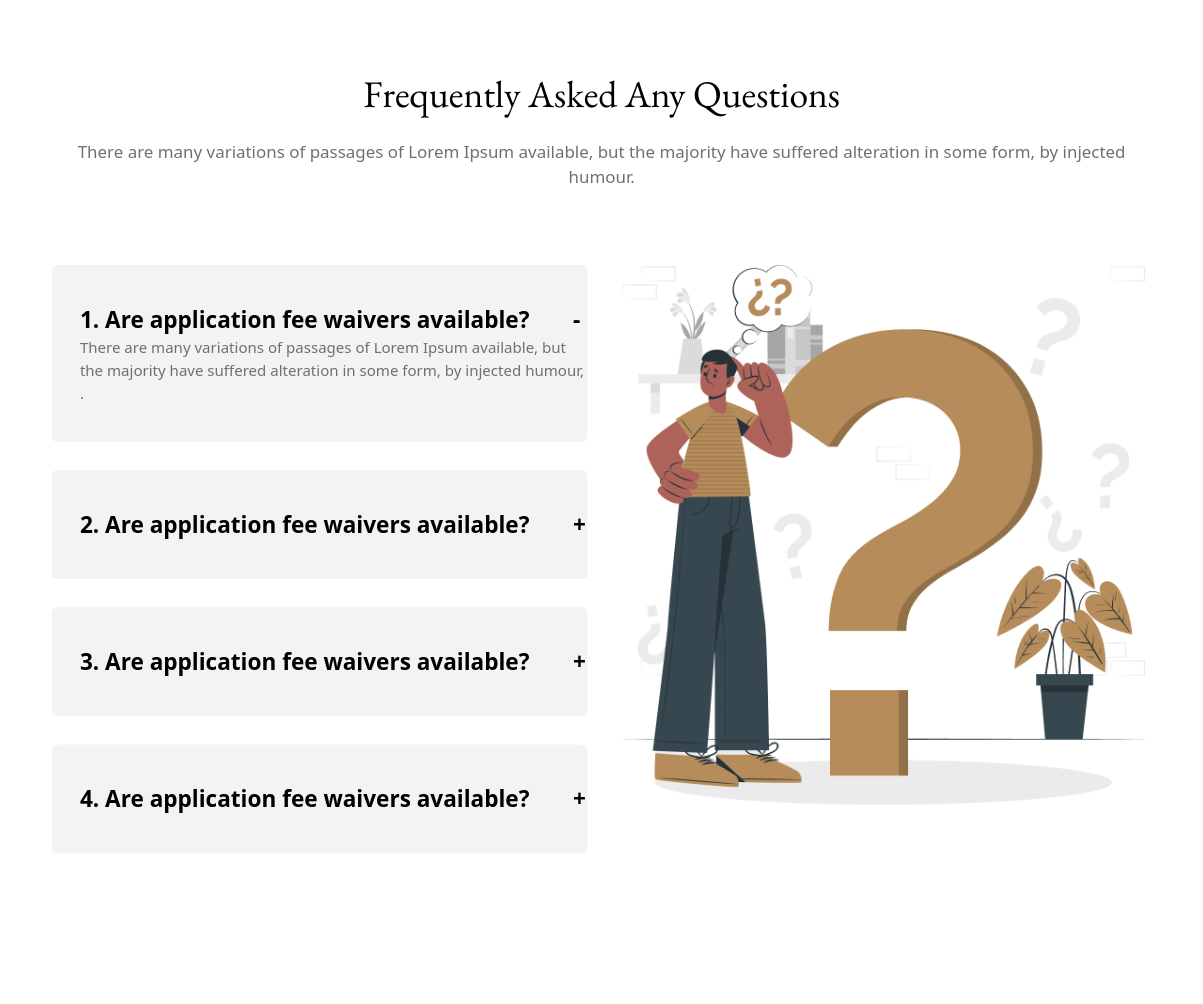
Repository: nahid-hasann/website-6
Page: index.html
The author's editor kept a copy of each file at every save. The page is drawn from the files as they stood at one save, then again after a run of saves.
The browser window is 1280 px wide. The pictures show the whole page, at 94% of full size.

Above is the page before, as saved 2025-07-21 15:51:22.

### index.html
<!DOCTYPE html>
<html lang="en">
<head>
    <meta charset="UTF-8">
    <meta name="viewport" content="width=device-width, initial-scale=1.0">
    <script src="https://cdn.jsdelivr.net/npm/@tailwindcss/browser@4"></script>
    <title>Document</title>
    <link rel="stylesheet" href="style.css">
    <link rel="stylesheet" href="https://cdnjs.cloudflare.com/ajax/libs/font-awesome/6.7.2/css/all.min.css" integrity="sha512-Evv84Mr4kqVGRNSgIGL/F/aIDqQb7xQ2vcrdIwxfjThSH8CSR7PBEakCr51Ck+w+/U6swU2Im1vVX0SVk9ABhg==" crossorigin="anonymous" referrerpolicy="no-referrer" />
</head>
<body>

<header class="hidden">

<div class="flex mx-auto w-[1170px]  justify-between items-center my-[30px] ">
    <div>
        <img src="images/logo2.png" alt="">
    </div>
    <div>
        <ul class="flex gap-[20px] text-[#707070]">
            <li><a href="">Home</a></li>
            <li><a href="">Service<i class="fa-solid fa-angle-right ml-[10px]"></i></a></li>
            <li><a href="">Cases<i class="fa-solid fa-angle-right ml-[10px]"></i></a></li>
            <li><a href="">Blog<i class="fa-solid fa-angle-right ml-[10px]"></i></a></li>
            <li><a href="">Contact us<i class="fa-solid fa-angle-right ml-[10px]"></i></a></li>
        </ul>
    </div>
    <div>
        <button class="bg-[#b68c59] py-[12px] px-[22px] text-white rounded-md" >Free Consultation</button>
    </div>
</div>


<div class="banner-img w-[1170px] h-[550px] mx-auto  flex flex-col items-center justify-center mt-[60px] mb-[130px]">
      <div class="banner-content w-[692px]">
         <h1 class="text-[72px] text-center text-white leading-none">We Provide Effective  Legal Solutions</h1>
       <p class="my-[30px] text-center  text-[#E7E7E7]">There are many variations of passages of Lorem Ipsum available, but the majority have suffered alteration in some form, by injected humour.</p>
       <div class="flex justify-center gap-[40px]">
        <input class="bg-white py-[12px] px-[30px] pr-[70px] w-[500px] rounded-md" type="text" name="" placeholder="Search your services" id="">
        <button class="bg-[#b68c59] py-[12px] px-[22px] text-white rounded-md" >Search</button>
       </div>
      </div>
</div>


</header>


<main>
    <section class="card-section xl:w-[1170px] mx-auto lg:mb-[130px] hidden">
        <div class="card-content">
            <h1 class="eb-garamond-ok text-[40px] text-center ">The Legal Practice Area</h1>
            <p class="text-center text-[#707070] my-[20px]">There are many variations of passages of Lorem Ipsum available, but the majority have <br> suffered alteration in some form, by injected humour.</p>
        </div>

        <div class="card-div mt-[100px] grid grid-cols-3">
            <div class="card py-[70px]  border-r border-[#E7E7E7]  border-b  flex flex-col items-center justify-center text-center">
                  <img src="images/business.png" alt="">
                  <h1 class="text-[32px] my-[15px]">Business Law</h1>
                  <p class="text-[#707070] w-[258px] mb-[15px]">There are many variations of passages of Lorem Ipsum available, but the majority have suffered alteration in some form, by injected humour.</p>
                  <img src="images/Frame.png" alt="">
            </div>

             <div class="card bg-[linear-gradient(to_bottom,_#f3f3f3,_#ffffff)]   py-[70px] border-[#E7E7E7] border-r border-b flex flex-col items-center justify-center text-center">
                  <img src="images/criminal.png" alt="">
                  <h1 class="text-[32px] my-[15px]">Criminal Law</h1>
                  <p class="text-[#707070] w-[258px] mb-[15px]">There are many variations of passages of Lorem Ipsum available, but the majority have suffered alteration in some form, by injected humour.</p>
                  <img src="images/Frame.png" alt="">
            </div>

             <div class="card  py-[70px] border-[#E7E7E7] border-b flex flex-col items-center justify-center text-center">
                  <img src="images/child.png" alt="">
                  <h1 class="text-[32px] my-[15px]">Child Support</h1>
                  <p class="text-[#707070] w-[258px] mb-[15px]">There are many variations of passages of Lorem Ipsum available, but the majority have suffered alteration in some form, by injected humour.</p>
                  <img src="images/Frame.png" alt="">
            </div>

             <div class="card border-r border-[#E7E7E7]  py-[70px] flex flex-col items-center justify-center text-center">
                  <img src="images/education.png" alt="">
                  <h1 class="text-[32px] my-[15px]">Education Law</h1>
                  <p class="text-[#707070] w-[258px] mb-[15px]">There are many variations of passages of Lorem Ipsum available, but the majority have suffered alteration in some form, by injected humour.</p>
                  <img src="images/Frame.png" alt="">
            </div>

             <div class="card border-r border-[#E7E7E7]  py-[70px] flex flex-col items-center justify-center text-center">
                  <img src="images/divorce.png" alt="">
                  <h1 class="text-[32px] my-[15px]">Divorce Law</h1>
                  <p class="text-[#707070] w-[258px] mb-[15px]">There are many variations of passages of Lorem Ipsum available, but the majority have suffered alteration in some form, by injected humour.</p>
                  <img src="images/Frame.png" alt="">
            </div>

             <div class="card  py-[70px] flex flex-col items-center justify-center text-center">
                  <img src="images/tax.png" alt="">
                  <h1 class="text-[32px] my-[15px]">Tax Law</h1>
                  <p class="text-[#707070] w-[258px] mb-[15px]">There are many variations of passages of Lorem Ipsum available, but the majority have suffered alteration in some form, by injected humour.</p>
                  <img src="images/Frame.png" alt="">
            </div>
        </div>
    </section>

    <section class="question-section lg:mb-[130px] xl:w-[1170px] sm:my-[70px] mx-auto">
         <h1 class="eb-garamond-ok xl:text-[40px] lg:text-[30px] sm:text-[25px] text-center">Frequently Asked Any Questions</h1>
         <p class="xl:text-[18px] text-center text-[#707070] mt-[18px] sm:text-[13px] sm:px-[20px] mb-[40px]">There are many variations of passages of Lorem Ipsum available, but the majority have suffered alteration in some form, by injected humour.</p>

         <div class="ques-img lg:flex lg:justify-around lg:gap-[30px] lg:mt-[80px] ">
             <div>
                 <div class="xl:w-[570px] bg-[#f3f3f3] pl-[30px] py-[40px] rounded-md mb-[30px]">
                    <h1 class="lg:text-[24px] font-extrabold">1. Are application fee waivers available? <span class="ml-[40px]">-</span> </h1>
                    <p class="text-[#707070]">There are many variations of passages of Lorem Ipsum available, but the majority have suffered alteration in some form, by injected humour, . </p>
                 </div>
                 <div class="xl:w-[570px] bg-[#f3f3f3] pl-[30px] py-[40px] rounded-md mb-[30px]">
                    <h1 class="lg:text-[24px] font-extrabold">2. Are application fee waivers available? <span class="ml-[40px]">+</span> </h1>
                 </div>
                 <div class="xl:w-[570px] bg-[#f3f3f3] pl-[30px] py-[40px] rounded-md mb-[30px]">
                    <h1 class="lg:text-[24px] font-extrabold">3. Are application fee waivers available? <span class="ml-[40px]">+</span> </h1>
                 </div>
                 <div class="xl:w-[570px] bg-[#f3f3f3] pl-[30px] py-[40px] rounded-md mb-[30px]">
                    <h1 class="lg:text-[24px] font-extrabold">4. Are application fee waivers available? <span class="ml-[40px]">+</span> </h1>
                 </div>
             </div>
             <div>
                <img src="images/faq.png" alt="">
             </div>
         </div>
    </section>
</main>





</body>
</html>

### style.css
@import url('https://fonts.googleapis.com/css2?family=EB+Garamond:ital,wght@0,400..800;1,400..800&display=swap');


.eb-garamond-ok {
  font-family: "EB Garamond", serif;
  font-optical-sizing: auto;
  font-style: normal;
}


.banner-img{
    background-image: linear-gradient(rgba(0, 0, 0, 0.5), rgba(0, 0, 0, 0.5)), url('images/banner.png');
}

After the next 2 saves:
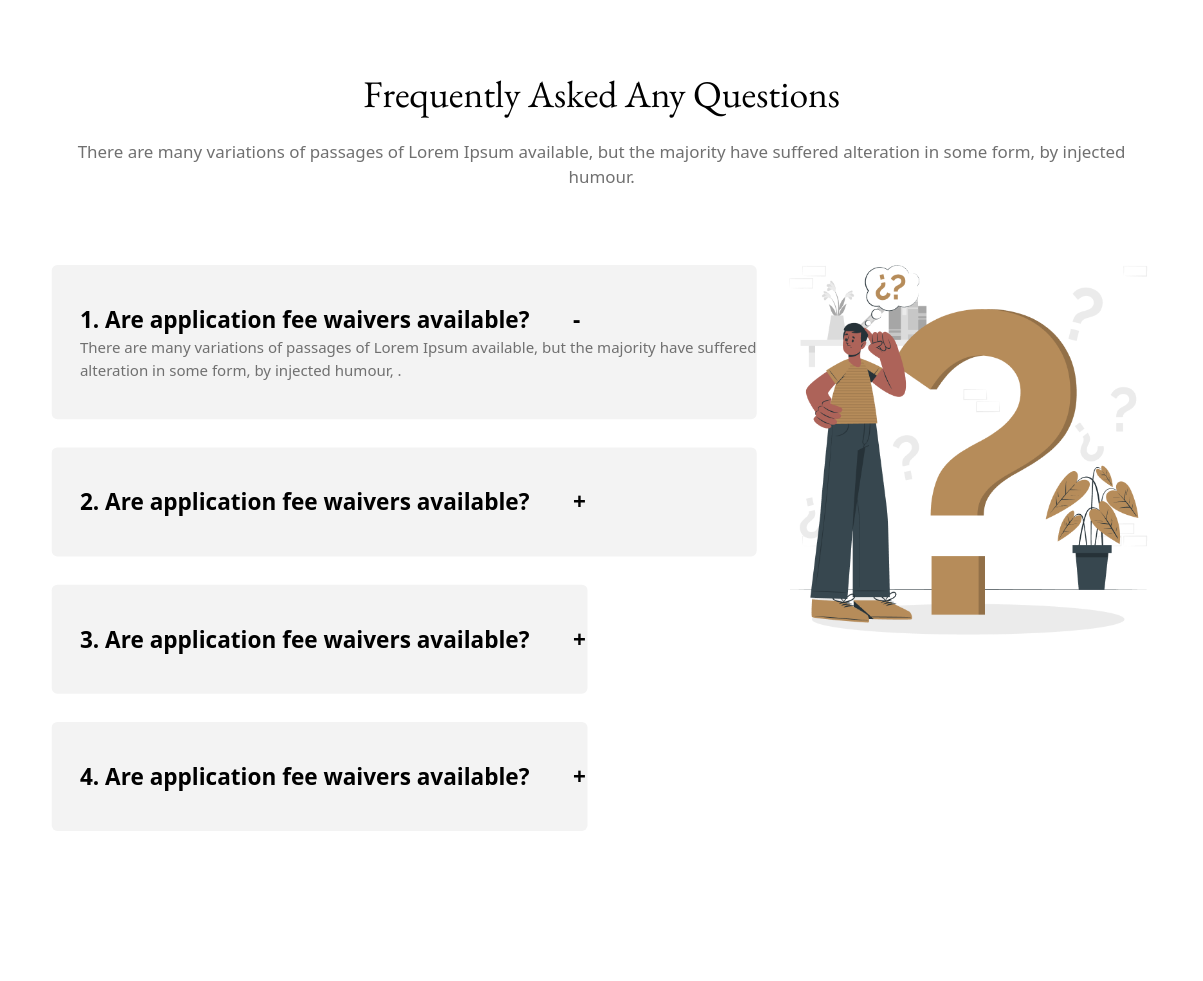
The 2 saves are shown as one change because they came seconds apart.
The last was saved 19 s later.
--- a/index.html
+++ b/index.html
@@ -104,11 +104,11 @@
 
          <div class="ques-img lg:flex lg:justify-around lg:gap-[30px] lg:mt-[80px] ">
              <div>
-                 <div class="xl:w-[570px] bg-[#f3f3f3] pl-[30px] py-[40px] rounded-md mb-[30px]">
+                 <div class=" bg-[#f3f3f3] pl-[30px] py-[40px] rounded-md mb-[30px]">
                     <h1 class="lg:text-[24px] font-extrabold">1. Are application fee waivers available? <span class="ml-[40px]">-</span> </h1>
                     <p class="text-[#707070]">There are many variations of passages of Lorem Ipsum available, but the majority have suffered alteration in some form, by injected humour, . </p>
                  </div>
-                 <div class="xl:w-[570px] bg-[#f3f3f3] pl-[30px] py-[40px] rounded-md mb-[30px]">
+                 <div class=" bg-[#f3f3f3] pl-[30px] py-[40px] rounded-md mb-[30px]">
                     <h1 class="lg:text-[24px] font-extrabold">2. Are application fee waivers available? <span class="ml-[40px]">+</span> </h1>
                  </div>
                  <div class="xl:w-[570px] bg-[#f3f3f3] pl-[30px] py-[40px] rounded-md mb-[30px]">
